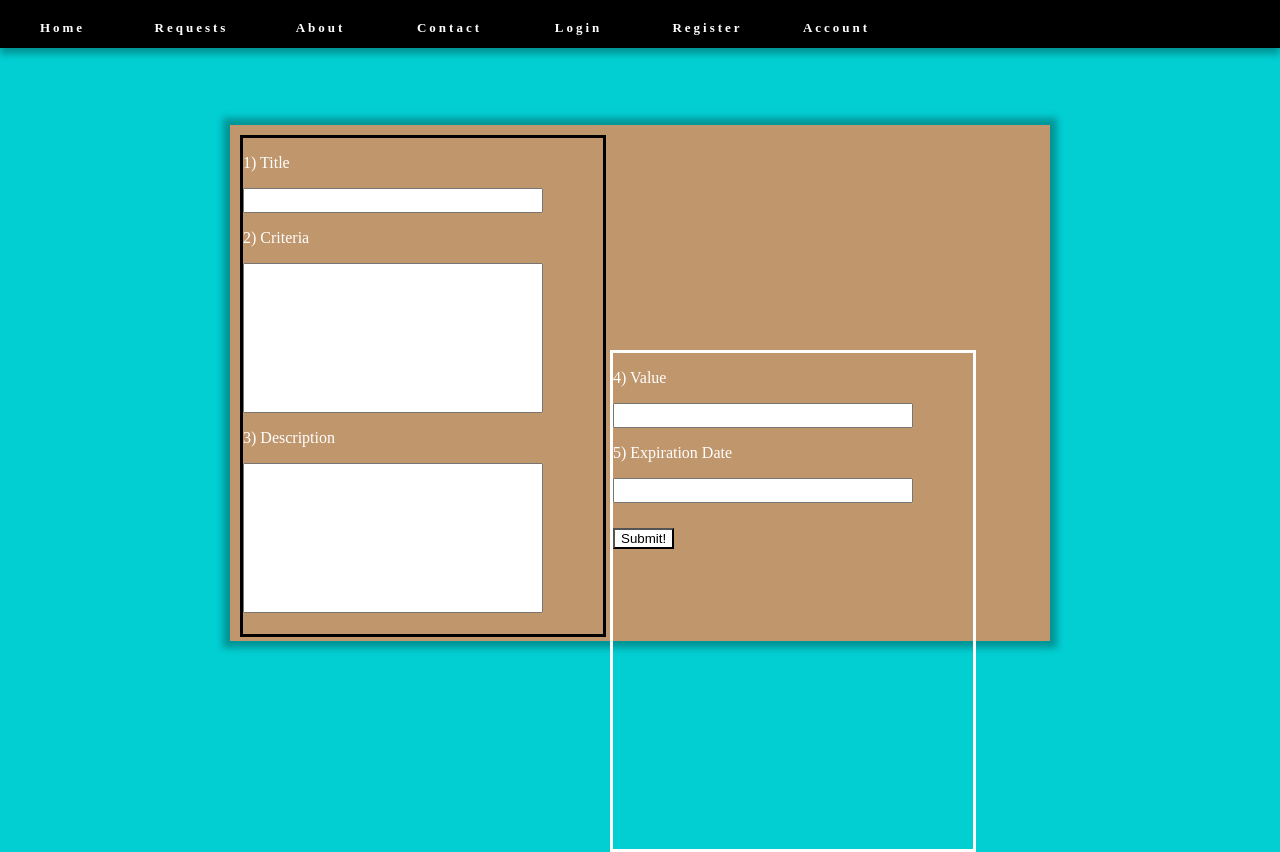
Repository: mailog/Tomorrow
Page: http://localhost/requests
These files come from the project's save history. The page is drawn as it stood at one moment and after the next save; the edit follows.
The browser window is 1280 px wide. The pictures show the whole page.
The page is this project's Thymeleaf template; nobody is signed in. The template is opened directly, without the code that normally fills it, so the values that code supplies are empty.

Above is the page before, as saved 2017-07-30 05:03:34.

### Tomorrow/src/main/resources/templates/requests.html
<html xmlns:th="http://www.thymeleaf.org">
<head>
<title>Requests</title>
<link rel="stylesheet" type="text/css" href="/css/toolbar.css" />
<link rel="stylesheet" type="text/css" href="/css/requests.css" />
<link rel="stylesheet" type="text/css" href="/css/label.css" />
</head>
<body>

<div class = "toolbar">
	<a href = "/">
		<button class = "tool_button"> Home </button>
	</a>
	<a href = "/requests">
		<button class = "tool_button"> Requests </button>
	</a>
	<a href = "/about">
		<button class = "tool_button"> About </button>
	</a>
	<a href = "/contact">
		<button class = "tool_button"> Contact </button>
	</a>
	<a href = "/login">
		<button class = "tool_button"> Login </button>
	</a>
	<a href = "/register">
		<button class = "tool_button"> Register </button>
	</a>
	<a href = "/account">
		<button class = "tool_button"> Account </button>
	</a>
</div>

<div id = "requests">
	<form class = "form-request" action = "#" th:action = "@{/requests}" th:object="${request}" method = "post">
		<div id = "column1">
			<div class = "label">
				<p>1) Title</p>
			</div>
			<input type = "text" class = "inp_title" th:field = "*{title}"/>
			<div class = "label">
				<p>2) Criteria</p>
			</div>
			<input type = "text" class = "inp_criteria" th:field = "*{criteria}"/>
			<div class = "label">
				<p>3) Description</p>
			</div>
			<input type = "text" class = "inp_description" th:field = "*{description}"/>
		</div>
		<div id = "column2">
			<div class = "label">
				<p>4) Value</p>
			</div>
			<input type = "text" class = "inp_value" th:field = "*{value}"/>
			<div class = "label">
				<p>5) Expiration Date </p>
			</div>
			<input type = "text" class = "inp_expiration" th:field = "*{expiration}"/>
			<button class = "submit_button" value = "Submit"> Submit! </button>
		</div>
	</form>
</div>
</body>
</html>

### Tomorrow/src/main/resources/static/css/toolbar.css
/*------------------STATIC------------------*/
/*------------------------------------------*/

/*-------------------BODY-------------------*/

	body{
		background-color: #02CFD2;
		color: white;
	}


/*------------------------------------------*/

/*---------------TOOLBAR--------------------*/
	.toolbar{
		width:100%;
		height: 48px;
		z-index: 1;
		opacity: 1;
		position: absolute;
		left: 0px;
		top: 0px;
		float: center;
		padding 0 0 0 0;
		margin-left:auto;
		margin-right:auto;
		background-color: black;
		-webkit-box-shadow: 0px 6px 7px 0px rgba(0,0,0,0.29);
		-moz-box-shadow: 0px 6px 7px 0px rgba(0,0,0,0.29);
		box-shadow: 0px 6px 7px 0px rgba(0,0,0,0.29);
	}

	.tool_button{
		height: 35px;
		width: 125px;
		display:inline;
		background-color: black;
		color:white;
		padding: 0px;
		font-family: Browalia-New;
		font-size: 13px;
		font-weight:bold;
		letter-spacing: 3px;
		border:none;
		cursor: pointer;
		margin-top: 10px;
		margin-bottom: 6px;
		margin-right: 0px;
		margin-left: 0px;
		border-bottom-style: none;
		text-decoration:none;
	}

	.tool_button:hover{
		text-decoration:none;
		border-bottom-style: solid;
		border-bottom-width:3px;
		border-bottom-color:#FFFFFF;
	}

	.toolbar a{
		text-decoration:none;
	}

/*------------------------------------------*/

/*-----------------BUTTONS------------------*/
	.introbtn{}

	.tutorialbtn{
	}

	.registerbtn{
	}

/*------------------------------------------*/

/*------------------INFO--------------------*/

/*------------------------------------------*/

### Tomorrow/src/main/resources/static/css/requests.css
#requests
{
	background-color:#C0966C;
	position: relative;
	margin: 125px auto;
	color:white;
	height:496px;
	width: 800px;
	padding: 10px;
	-webkit-box-shadow: 0px 0px 7px 7px rgba(0,0,0,0.29);
	-moz-box-shadow: 0px 0px 7px 7px rgba(0,0,0,0.29);
	box-shadow: 0px 0px 7px 7px rgba(0,0,0,0.29);
}

#column1
{
	height:100%;
	width:45%;
	display:inline-block;
	border-style:solid;
	border-color:black;
}
#column2
{
	height:100%;
	width:45%;
	display:inline-block;
	border-style:solid;
	border-color:white;
}

#requests p
{
	display:inline-block;
}

.inp_title
{
	display:block;
	width: 300px;
	height:25px;
}

.inp_criteria
{
	display:block;
	width: 300px;
	height: 150px;
}

.inp_description
{
	display:block;
	width: 300px;
	height: 150px;
}

.inp_value
{
	display:block;
	width:300px;
	height: 25px;
}

.inp_expiration
{
	display:block;
	width:300px;
	height:25px;
}

.submit_button
{
	margin-top: 25px;
	display:block;
	background-color:white;
	color: black;
	cursor:pointer;
	text-decoration:none;
}

### Tomorrow/src/main/resources/static/css/label.css
#about
{
	background-color:#C0966C;
	position: relative;
	margin: 125px auto;
	color:white;
	height:496px;
	width: 800px;
	padding: 10px;
	-webkit-box-shadow: 0px 0px 7px 7px rgba(0,0,0,0.29);
	-moz-box-shadow: 0px 0px 7px 7px rgba(0,0,0,0.29);
	box-shadow: 0px 0px 7px 7px rgba(0,0,0,0.29);
}

After the next save:
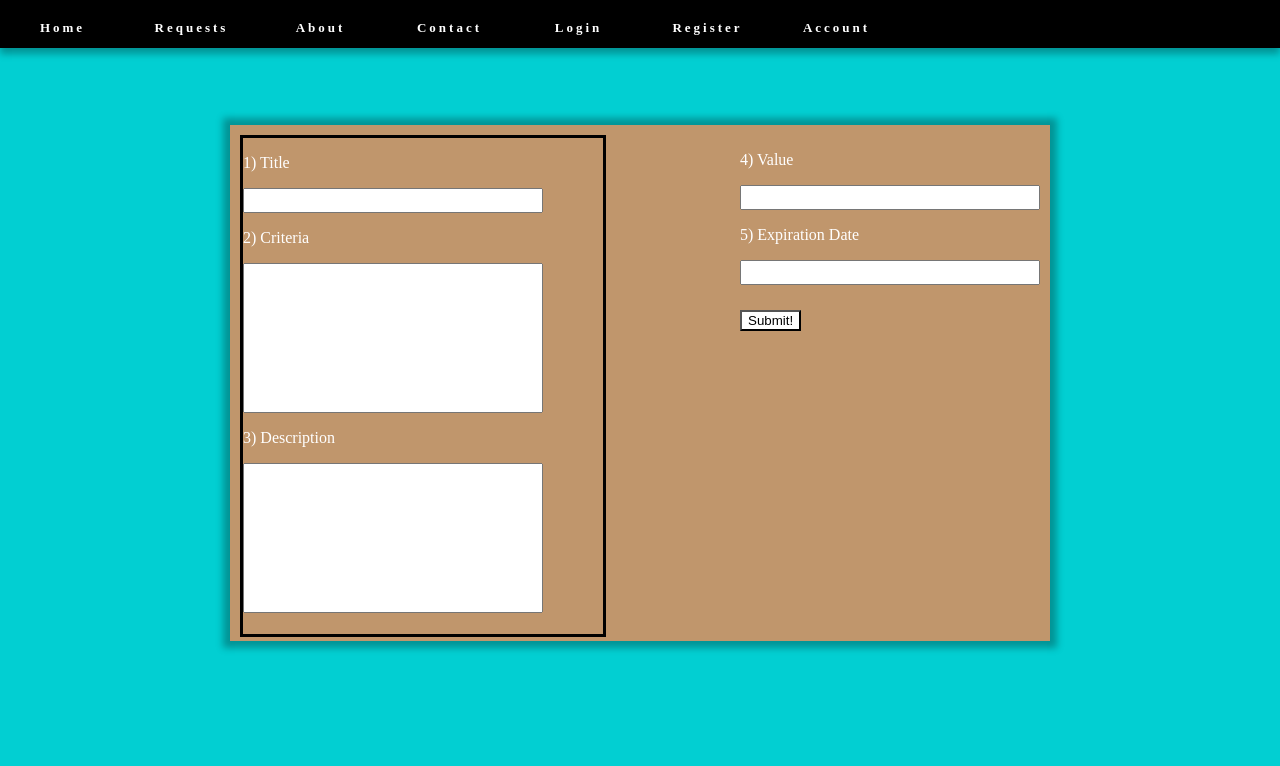
Saved 87 s later.
--- a/Tomorrow/src/main/resources/static/css/requests.css
+++ b/Tomorrow/src/main/resources/static/css/requests.css
@@ -22,11 +22,7 @@
 }
 #column2
 {
-	height:100%;
-	width:45%;
-	display:inline-block;
-	border-style:solid;
-	border-color:white;
+	float:right;
 }
 
 #requests p
